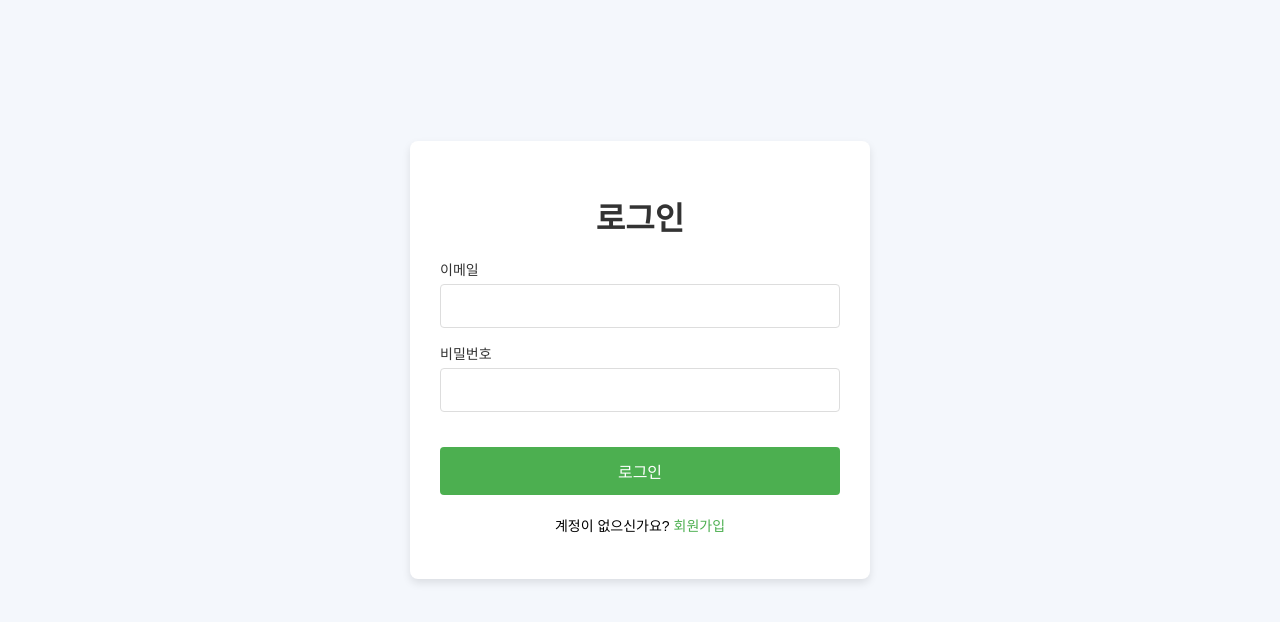
Repository: WebPro123123/register
Page: http://localhost/WebProject/
These files come from the project's save history. The page is drawn as it stood at one moment and after the next save; the edit follows.
The browser window is 1280 px wide. The pictures show the whole page.
The page is served by Tomcat 9.

Above is the page before, as saved 2024-11-16 19:02:47.

### WebProject/src/main/webapp/login.jsp
<%@ page language="java" contentType="text/html; charset=UTF-8" pageEncoding="UTF-8"%>
<%@ page import="java.sql.Connection, java.sql.DriverManager, java.sql.PreparedStatement, java.sql.SQLException, java.sql.ResultSet" %>

<!DOCTYPE html>
<html lang="ko">
<head>
    <meta charset="UTF-8">
    <meta name="viewport" content="width=device-width, initial-scale=1.0">
    <title>로그인</title>
    <style>
        body {
            font-family: Arial, sans-serif;
            background-color: #f4f7fc; /* 어두운 배경색 */
            color: #fff; /* 텍스트 색을 하얀색으로 설정 */
            margin: 0;
            padding: 0;
            display: flex;
            justify-content: center; /* 가로 중앙 정렬 */
            align-items: center; /* 세로 중앙 정렬 */
            height: 100vh; /* 화면의 전체 높이를 사용 */
        }

        .login-container {
            background-color: #fff;
            padding: 30px;
            border-radius: 8px;
            box-shadow: 0 4px 8px rgba(0, 0, 0, 0.1);
            width: 100%;
            max-width: 400px; /* 폼의 최대 너비 */
            text-align: center;
        }

        h1 {
            color: #333;
            margin-bottom: 20px;
        }

        .form-group {
            margin: 15px 0;
            text-align: left;
        }

        .form-group label {
            display: block;
            color: #333;
            font-size: 14px;
        }

        .form-group input {
            width: 100%;
            padding: 12px; /* 여백을 더 늘려서 입력창 크기 조정 */
            border: 1px solid #ddd;
            border-radius: 4px;
            font-size: 16px;
            margin-top: 5px;
            box-sizing: border-box; /* 패딩을 포함한 크기 계산 */
        }

        button {
            width: 100%;
            padding: 12px;
            background-color: #4CAF50;
            color: white;
            border: none;
            font-size: 16px;
            border-radius: 4px;
            cursor: pointer;
            margin-top: 20px;
            transition: background-color 0.3s;
            box-sizing: border-box;
        }

        button:hover {
            background-color: #45a049;
        }

        .footer {
            margin-top: 20px;
            font-size: 14px;
        }

        .footer a {
            color: #4CAF50;
            text-decoration: none;
        }

        .error-message {
            color: red;
            margin-top: 15px;
        }

        .success-message {
            color: green;
            margin-top: 15px;
        }
        .footer p {
        	color: #000
        }
    </style>
</head>
<body>

    <div class="login-container">
        <h1>로그인</h1>
        <form action="login.jsp" method="post">
            <div class="form-group">
                <label for="email">이메일</label>
                <input type="email" id="email" name="email" required>
            </div>
            <div class="form-group">
                <label for="password">비밀번호</label>
                <input type="password" id="password" name="password" required>
            </div>
            <button type="submit">로그인</button>
        </form>

        <div class="footer">
            <p>계정이 없으신가요? <a href="register.jsp">회원가입</a></p>
        </div>

        <%
            if (request.getMethod().equalsIgnoreCase("POST")) {
                String email = request.getParameter("email");
                String password = request.getParameter("password");

                String connString = "jdbc:mariadb://127.0.0.1:3306/userdb?useUnicode=true&characterEncoding=UTF-8";
                String dbUser = "root";
                String dbPassword = "1234";

                try {
                    Class.forName("org.mariadb.jdbc.Driver");
                    Connection conn = DriverManager.getConnection(connString, dbUser, dbPassword);

                    String sql = "SELECT * FROM users WHERE email = ? AND password = ?";
                    PreparedStatement pstmt = conn.prepareStatement(sql);
                    pstmt.setString(1, email);
                    pstmt.setString(2, password);

                    ResultSet rs = pstmt.executeQuery();

                    if (rs.next()) {
                        out.println("<p class='success-message'>로그인 성공!</p>");
                    } else {
                        out.println("<p class='error-message'>이메일 또는 비밀번호가 잘못되었습니다.</p>");
                    }

                    conn.close();
                } catch (SQLException | ClassNotFoundException e) {
                    e.printStackTrace();
                    out.println("<p class='error-message'>로그인 실패: " + e.getMessage() + "</p>");
                }
            }
        %>
    </div>

</body>
</html>

After the next save:
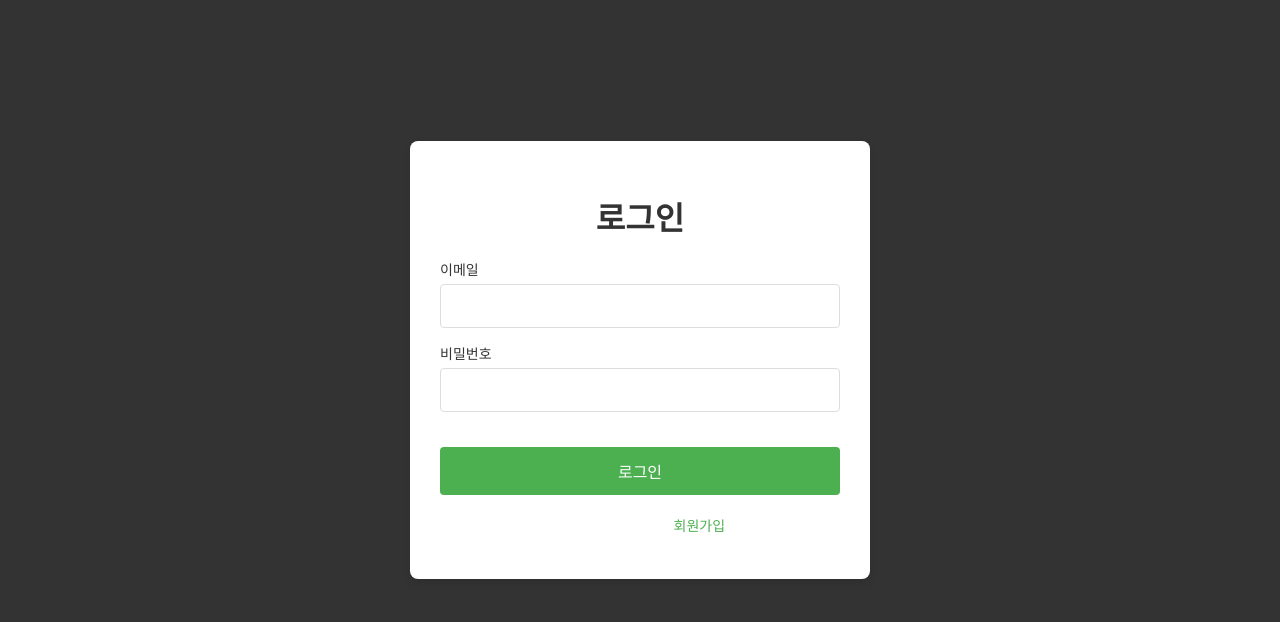
Saved 14 h 8 min later.
--- a/WebProject/src/main/webapp/login.jsp
+++ b/WebProject/src/main/webapp/login.jsp
@@ -1,5 +1,6 @@
 <%@ page language="java" contentType="text/html; charset=UTF-8" pageEncoding="UTF-8"%>
-<%@ page import="java.sql.Connection, java.sql.DriverManager, java.sql.PreparedStatement, java.sql.SQLException, java.sql.ResultSet" %>
+<%@ page import="java.sql.Connection, java.sql.DriverManager, java.sql.PreparedStatement, java.sql.ResultSet" %>
+<%@ page import="javax.servlet.http.Cookie" %>
 
 <!DOCTYPE html>
 <html lang="ko">
@@ -10,14 +11,14 @@
     <style>
         body {
             font-family: Arial, sans-serif;
-            background-color: #f4f7fc; /* 어두운 배경색 */
-            color: #fff; /* 텍스트 색을 하얀색으로 설정 */
+            background-color: #333;
+            color: #fff;
             margin: 0;
             padding: 0;
             display: flex;
-            justify-content: center; /* 가로 중앙 정렬 */
-            align-items: center; /* 세로 중앙 정렬 */
-            height: 100vh; /* 화면의 전체 높이를 사용 */
+            justify-content: center;
+            align-items: center;
+            height: 100vh;
         }
 
         .login-container {
@@ -26,7 +27,7 @@
             border-radius: 8px;
             box-shadow: 0 4px 8px rgba(0, 0, 0, 0.1);
             width: 100%;
-            max-width: 400px; /* 폼의 최대 너비 */
+            max-width: 400px;
             text-align: center;
         }
 
@@ -48,12 +49,12 @@
 
         .form-group input {
             width: 100%;
-            padding: 12px; /* 여백을 더 늘려서 입력창 크기 조정 */
+            padding: 12px;
             border: 1px solid #ddd;
             border-radius: 4px;
             font-size: 16px;
             margin-top: 5px;
-            box-sizing: border-box; /* 패딩을 포함한 크기 계산 */
+            box-sizing: border-box;
         }
 
         button {
@@ -87,14 +88,6 @@
         .error-message {
             color: red;
             margin-top: 15px;
-        }
-
-        .success-message {
-            color: green;
-            margin-top: 15px;
-        }
-        .footer p {
-        	color: #000
         }
     </style>
 </head>
@@ -139,13 +132,19 @@
                     ResultSet rs = pstmt.executeQuery();
 
                     if (rs.next()) {
-                        out.println("<p class='success-message'>로그인 성공!</p>");
+                        // 로그인 성공 - 쿠키 발급
+                        Cookie loginCookie = new Cookie("userEmail", email); // 이메일을 쿠키로 저장
+                        loginCookie.setMaxAge(60 * 60 * 24); // 쿠키의 유효 기간 1일
+                        response.addCookie(loginCookie);
+
+                        // 메인 페이지로 리다이렉트
+                        response.sendRedirect("main.jsp");
                     } else {
                         out.println("<p class='error-message'>이메일 또는 비밀번호가 잘못되었습니다.</p>");
                     }
 
                     conn.close();
-                } catch (SQLException | ClassNotFoundException e) {
+                } catch (Exception e) {
                     e.printStackTrace();
                     out.println("<p class='error-message'>로그인 실패: " + e.getMessage() + "</p>");
                 }
